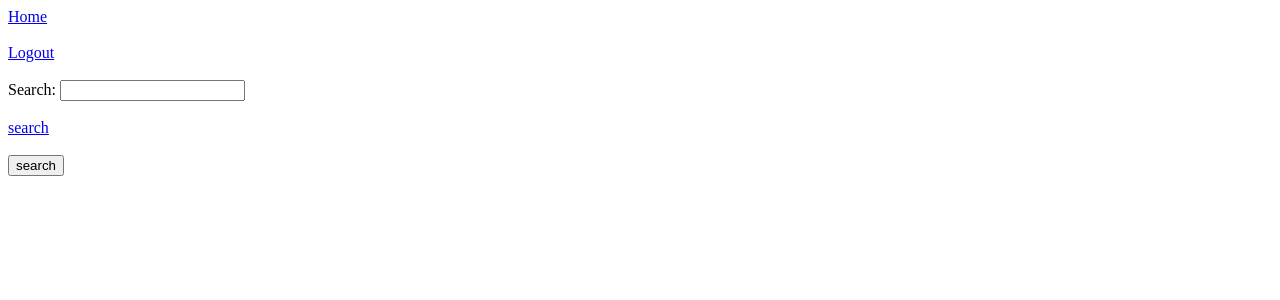
Repository: pawankumarsharm/UST_JDBC_SERVLET
Page: jdbc/empwebapp/WebContent/search.html
The author's editor kept a copy of each file at every save. The page is drawn from the files as they stood at one save, then again after the next save.
The browser window is 1280 px wide. The pictures show the whole page.

Above is the page before, as saved 2019-11-15 08:43:58.

### jdbc/empwebapp/WebContent/search.html
<!DOCTYPE html>
<html>
<head>
<meta charset="ISO-8859-1">
<title>Insert title here</title>
</head>
<body>
<form action="">
  <a href="#">Home</a><br><br>
<a href="#">Logout</a><br><br>
		Search: <input name="id" type="text"><br><br>
		<a href="#">search</a><br><br>
		<input type="submit" value ="search"><br>

	</form>

</body>
</html>

After the next save:
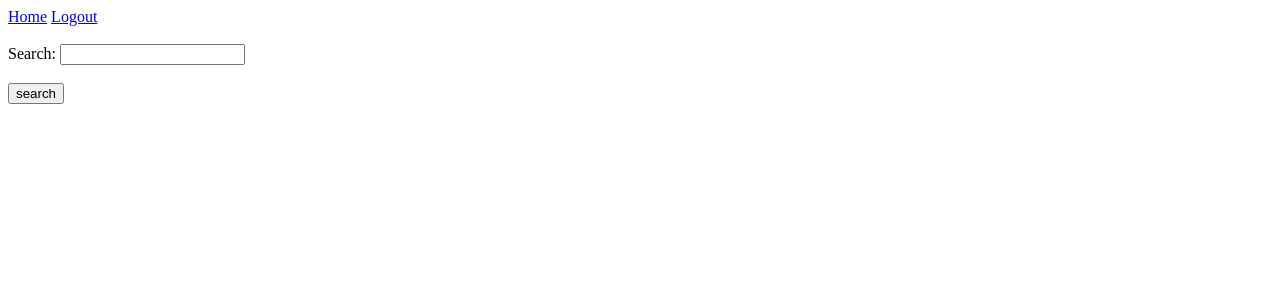
Saved 32 s later.
--- a/jdbc/empwebapp/WebContent/search.html
+++ b/jdbc/empwebapp/WebContent/search.html
@@ -6,10 +6,9 @@
 </head>
 <body>
 <form action="">
-  <a href="#">Home</a><br><br>
+  <a href="#">Home</a>
 <a href="#">Logout</a><br><br>
 		Search: <input name="id" type="text"><br><br>
-		<a href="#">search</a><br><br>
 		<input type="submit" value ="search"><br>
 
 	</form>
